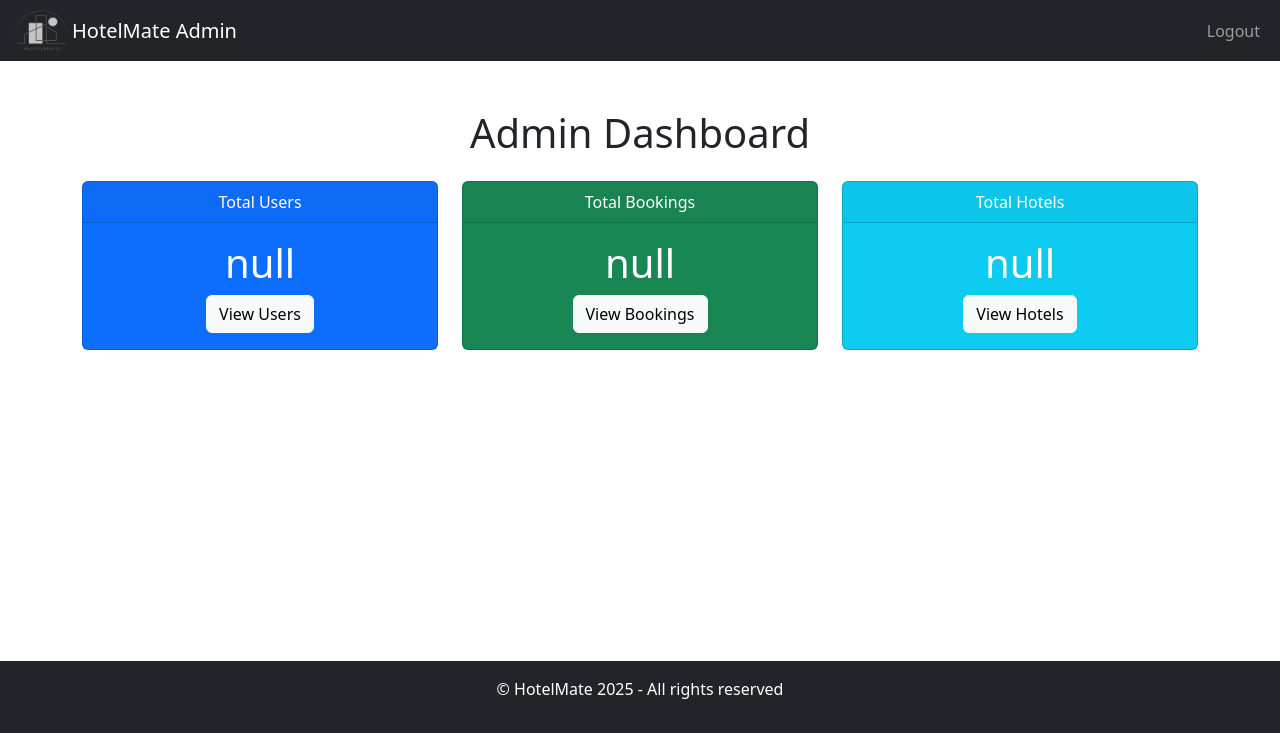
Repository: himanshu2k23/HoteMate
Page: http://localhost/HotelMate/WEB-INF/admin/dashboard.jsp
These files come from the project's save history. The page is drawn as it stood at one moment and after the next save; the edit follows.
The browser window is 1280 px wide. The pictures show the whole page.
The page is served by Tomcat 10. Nobody is signed in. The template is opened directly, without the code that normally fills it, so the values that code supplies are empty.

Above is the page before, as saved 2025-01-17 18:21:47.

After the next save:
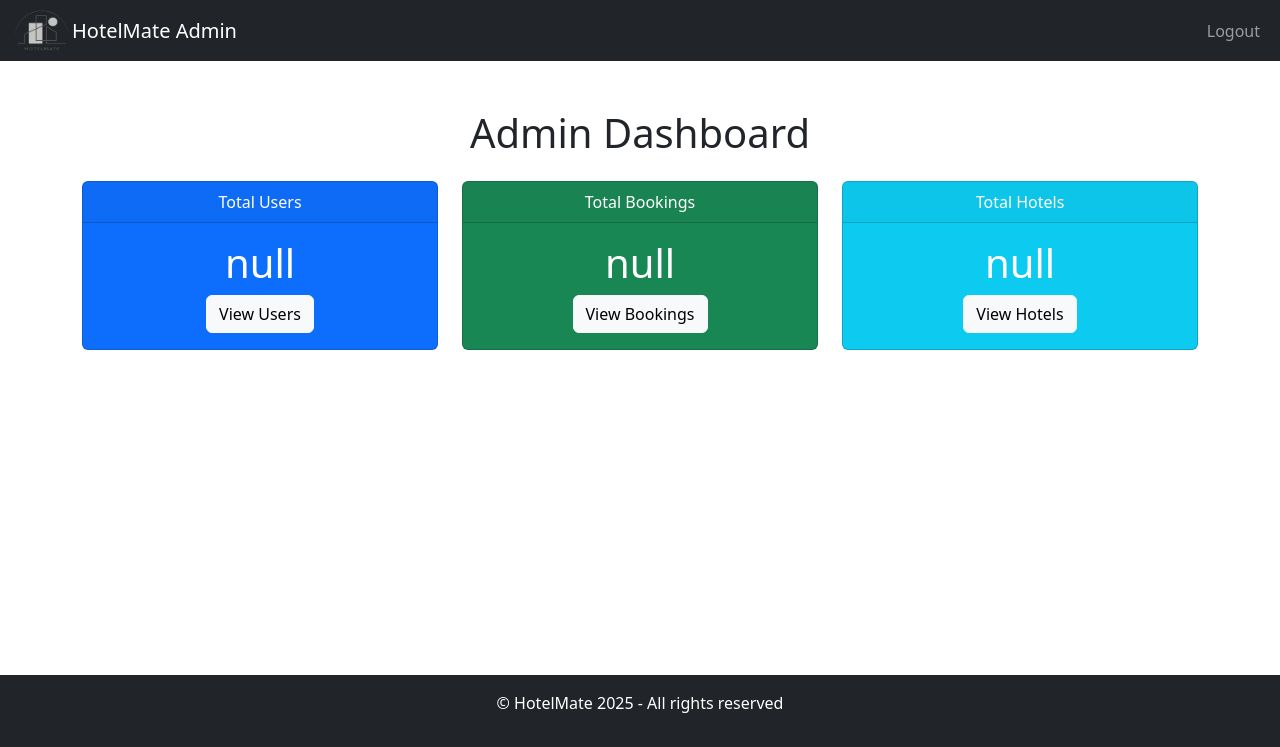
Saved 9 s later.
--- a/HotelMate/src/main/webapp/WEB-INF/admin/dashboard.jsp
+++ b/HotelMate/src/main/webapp/WEB-INF/admin/dashboard.jsp
@@ -30,7 +30,7 @@
 		</div>
 	</nav>
 
-	<div class="container mt-5" style="height:70vh;">
+	<div class="container mt-5" style="height:72vh;">
 		<h1 class="text-center mb-4">Admin Dashboard</h1>
 		<div class="row">
 			<div class="col-md-4">
